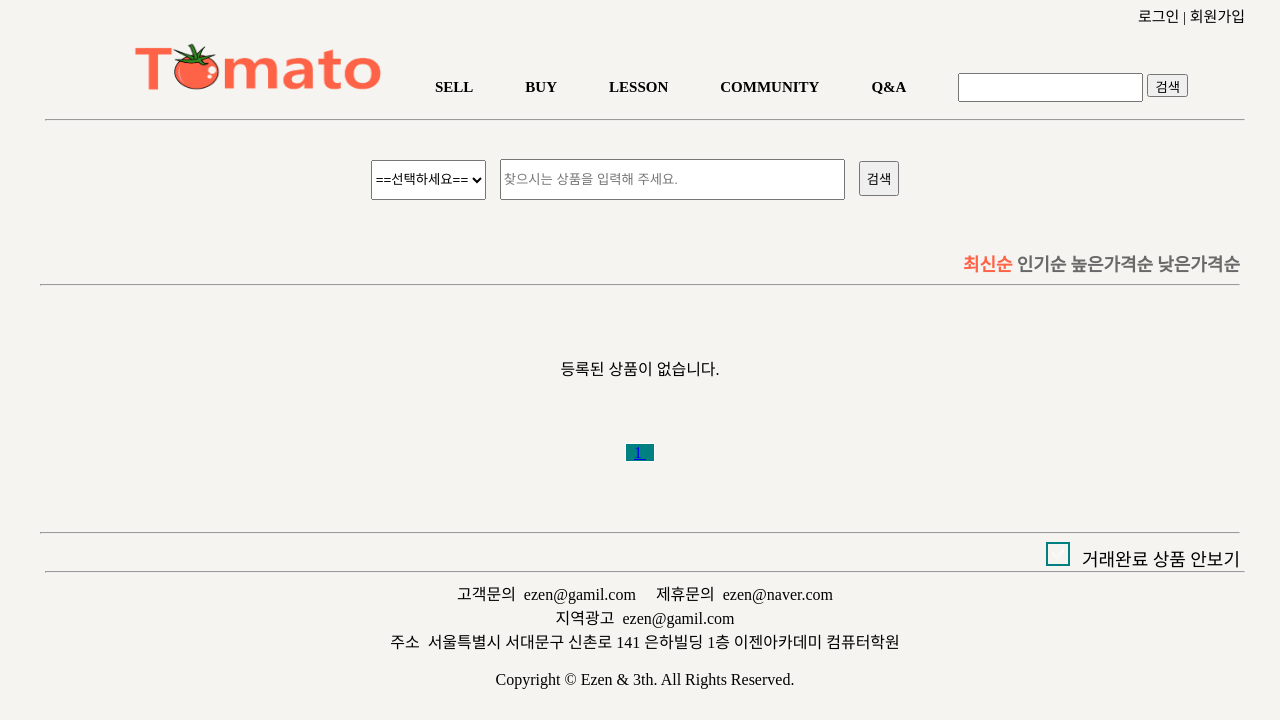
Repository: javadogfoot/semi-project
Page: http://localhost/tomato/buy/buyList.jsp?col=s_idx&range=desc
An editor plug-in stored every save of this project. The page is shown before and after the next save, followed by the edit.
The browser window is 1280 px wide. The pictures show the whole page.
The page is served by Tomcat 9. Other server files are loaded and not shown. Queries for data that is not in the repository find no rows.

Above is the page before, as saved 2021-10-18 12:03:50.

### semi프로젝트워크스페이스/tomato/src/main/webapp/buy/buyList.jsp
<%@ page language="java" contentType="text/html; charset=UTF-8"
    pageEncoding="UTF-8"%>
<%
request.setCharacterEncoding("UTF-8");
%>
<%@ page import="tomato.member.*" %>
<%@ page import="tomato.sell.*" %>
<%@ page import="java.util.*" %>
<jsp:useBean id="mdao" class="tomato.member.MemberDAO" scope="session"></jsp:useBean>
<jsp:useBean id="sdao" class="tomato.sell.SellDAO" scope="session"></jsp:useBean>
<!DOCTYPE html>
<html>
<head>
<meta charset="UTF-8">
<title>Insert title here</title>
<link rel="stylesheet" type="text/css" href="/tomato/css/mainLayout.css">
<script>
function moveSellingPage(){
	location.href='/tomato/buy/buyList_selling.jsp?col=s_idx&range=desc';
}
function moveSearch(){
	var form=document.sellSearch;
	if(form.s_cate.value==""||form.s_cate==null){
		alert('품목을 선택해주세요.');
		form.s_cate.focus();
		return false;
	}
	if(form.searchValue.value==""||form.searchValue==null){
		alert('검색어를 입력해주세요.');
		form.searchValue.focus();
		return false;
	}
	form.submit();
}
</script>
<style>
.searchBar{
	padding-top: 30px;
	text-align: center;
	padding-bottom: 50px;
}
.searchBar input{
	height: 35px;
	margin-right: 10px;
}
#selectBox{
	height: 40px;
	margin-right: 10px;
}
#sort{
	text-align: right;
}
#sort a{
	font-size: 18px;
	text-decoration: none;
}
.clickedSort{
	color: tomato;
	font-size: 18px;
	font-weight:bold;
}
.unclickedSort{
	color: dimgray;;
	font-size: 18px;
	font-weight:bold;
}
table{
	width: 1000px;
	margin: 0px auto;
	padding: 30px;
}
table td{
	text-align: center;
	padding: 30px;
}
.sname{
	font-weight: bold;
	color: tomato;
}
.clicked{
	border: 0.5px solid white;
	background-color:teal;
	text-align: center;
}
</style>
</head>
<body>
<%@include file="/header.jsp" %>
<%
m_id=(String)session.getAttribute("m_id");
String addr;
if(m_id==null){
	addr="강남구";
}else{
	addr=mdao.findAddr(m_id);
}

String cp_s=request.getParameter("cp");
if(cp_s==null||cp_s.equals("")){
	cp_s="1";
}
int cp=Integer.parseInt(cp_s);

int totalCnt;
if(m_id==null){
	totalCnt=sdao.getTotalCnt(addr);
}else if(m_id.equals("admin")){
	totalCnt=sdao.getAdminTotalCnt();
}else{
	totalCnt=sdao.getTotalCnt(addr);
}
int listSize=16;
int pageSize=10;

int totalPage=totalCnt/listSize+1;
if(totalCnt%listSize==0)totalPage--;

int userGroup=cp/pageSize;
if(cp%pageSize==0)userGroup--;

String col=request.getParameter("col");
String range=request.getParameter("range");
%>
<section>
	<article>
		<form name="sellSearch" method="post" action="searchedBuyList.jsp" accept-charset="utf-8">
		<div class="searchBar">
		<input type="hidden" name="col" value="s_idx">
		<input type="hidden" name="range" value="desc">
		<select name="s_cate" id="selectBox">
			<option value="" selected disabled hidden>==선택하세요==</option>
            <option value="디지털기기">디지털기기</option>
            <option value="생활가전">생활가전</option>
            <option value="가구/인테리어">가구/인테리어</option>
            <option value="유아동">유아동</option>
            <option value="생활/가공식품">생활/가공식품</option>
            <option value="유아도서">유아도서</option>
            <option value="스포츠/레져">스포츠/레저</option>
            <option value="여성잡화">여성잡화</option>
            <option value="여성의류">여성의류</option>
            <option value="남성패션/잡화">남성패션/잡화</option>
            <option value="게임/취미">게임/취미</option>
            <option value="뷰티/미용">뷰티/미용</option>
            <option value="반려동물용품">반려동물용품</option>
            <option value="도서/티켓/음반">도서/티켓/음반</option>
            <option value="식물">식물</option>
            <option value="기타중고물품">기타중고물품</option>
		</select>
		<input type="text" name="searchValue" size="40" placeholder="찾으시는 상품을 입력해 주세요.">
		<input type="button" value="검색" onclick="moveSearch();">
		</div>
		</form>
	</article>
	<article id="sort">
	<%
	String newSort=col.equals("s_idx")&&range.equals("desc")?"clickedSort":"unclickedSort";
	String populSort=col.equals("s_count")&&range.equals("desc")?"clickedSort":"unclickedSort";
	String hPriceSort=col.equals("s_price")&&range.equals("desc")?"clickedSort":"unclickedSort";
	String lPriceSort=col.equals("s_price")&&range.equals("asc")?"clickedSort":"unclickedSort";
	%>
		<a href="/tomato/buy/buyList.jsp?col=s_idx&range=desc" class="<%=newSort%>">최신순</a>
		<a href="/tomato/buy/buyList.jsp?col=s_count&range=desc" class="<%=populSort%>">인기순</a>
		<a href="/tomato/buy/buyList.jsp?col=s_price&range=desc" class="<%=hPriceSort%>">높은가격순</a>
		<a href="/tomato/buy/buyList.jsp?col=s_price&range=asc" class="<%=lPriceSort%>">낮은가격순</a>
	</article>
<hr>
</section>
<section>
	<article>
		<table>
		<tbody>
			<%
			ArrayList<SellDTO> arr;
			if(m_id==null){
				arr=sdao.SellList(cp, listSize, addr, col, range);
			}else if(m_id.equals("admin")){
				arr=sdao.adminSellList(cp, listSize, col, range);
			}else{
				arr=sdao.SellList(cp, listSize, addr, col, range);
			}
			if(arr==null|| arr.size()==0){
				%>
				<tr>
					<td colspan="4" align="center">
					등록된 상품이 없습니다.
					</td>
				</tr>
				<tr>
				<%
			}else{
				for(int i=0;i<arr.size();i++){
					if(i%4==0&&i!=arr.size()-1){
						out.println("<tr>");
					}
					%>
					<td>
					<a href="buyContent.jsp?s_idx=<%=arr.get(i).getS_idx() %>">
					<%
					boolean getComma=arr.get(i).getS_port().contains(",");
					String sellY_N="[거래중] ";
					if(arr.get(i).getS_sellok()==1){
						sellY_N="[거래완료] ";
					}
					if(getComma){
						int commaPosition=arr.get(i).getS_port().indexOf(",");
						%>
						<img src="<%=arr.get(i).getS_port().substring(0,commaPosition) %>" height="240" width="240" class="simg">
						<%
					}else{
						%>
						<img src="<%=arr.get(i).getS_port() %>" height="240" width="240" class="simg">
						<%
					}
					%>
					<br/><label class="sname"><%=sellY_N %><%=arr.get(i).getS_name() %></label>
					<br/><label><%=arr.get(i).getS_price() %></label>
					</a></td>
					<%
					if(i%4==3&&i!=arr.size()-1){
						out.println("</tr>");
					}
				}
			}
			%>
			</tr>
			</tbody>
			<tfoot>
				<tr>
					<td colspan="4" align="center">
					<%
					if(userGroup!=0){
						%>
						<a href="buyList.jsp?cp=1col=<%=col%>&range=<%=range%>">%lt;&lt;</a>
						<a href="buyList.jsp?cp=<%=(userGroup-1)*pageSize+pageSize %>col=<%=col%>&range=<%=range%>">&lt;</a>
						<%
					}
					%>
					<%
					for(int i=userGroup*pageSize+1;i<userGroup*pageSize+pageSize;i++){
						String clickedPage=cp==i?"clicked":"unclicked";
						%><label class="<%=clickedPage%>">
						&nbsp;&nbsp;<a href="buyList.jsp?cp=<%=i %>&col=<%=col%>&range=<%=range%>"><%=i %>
						</a>&nbsp;&nbsp;</label>
						<%
						if(i==totalPage){
							break;
						}
					}
					%>
					<%
					if(userGroup!=(totalPage/pageSize)-(totalPage%pageSize==0?1:0)){
						%>
						<a href="buyList.jsp?cp=<%=(userGroup+1)*pageSize+1 %>col=<%=col%>&range=<%=range%>">&gt;</a>
						<a href="buyList.jsp?cp=<%=totalPage %>col=<%=col%>&range=<%=range%>">&gt;&gt;</a>
						<%
					}
					%>
					</td>
				</tr>
			</tfoot>
		</table>
	</article>
</section>
<hr>
<div style="float: right;">
	<img src="/tomato/img/noncheck.png" style="height:20px;width:20px;border:2px solid teal;" onclick="moveSellingPage();">
	&nbsp;
	<label style="font-size:18px;text-align: top;">거래완료 상품 안보기</label>
</div>
<%@include file="/footer.jsp" %>
</body>
</html>

### semi프로젝트워크스페이스/tomato/src/main/webapp/header.jsp
<%@ page language="java" contentType="text/html; charset=UTF-8"
    pageEncoding="UTF-8"%>
<!DOCTYPE html>
<html>
<head>
<meta charset="UTF-8">
<title>Insert title here</title>
<style>

#joinbtn2{
   background-color: white;
   color: tomato;
   font-weight: bold;
   height:23px;
   border: none;
   margin:2px;
   border: 2px solid tomato;
}
#joinbtn2:hover{
   background-color: tomato;
   color: white;
   font-weight: bold;
   height:23px;
   border: none;
   margin:2px;
   border: 2px solid tomato;
}
</style>
</head>
<body>
<header>
<%
String m_id=(String)session.getAttribute("m_id");
String m_name=(String)session.getAttribute("m_name");
if(m_id==null){
   %>
   <div>
   <a href="/tomato/member/login.jsp">로그인</a> | <a href="/tomato/member/join.jsp">회원가입</a>
   </div>
   <%
}else{
      %>
   <div>
   <%
   if(m_id.equals("admin")){
      %>
      <a href="/tomato/admin/memberList_admin.jsp"><%=m_name %>님 마이페이지</a> |
      <%
   }else{
      %>
      <a href="/tomato/member/mypage.jsp"><%=m_name %>님 마이페이지</a> |
      <%
   }
   %>
   <a href="/tomato/member/logout.jsp">로그아웃</a>
   </div>
   <%
}
%>
<nav>
<ul>
   <li><h1><a href="/tomato/index.jsp"><img src="/tomato/img/토마토_메인로고.png" alt="메인로고" height="50px" width="250px"></a></h1></li>
   <li><h2><a href="/tomato/sell/sell.jsp">SELL</a></h2></li>
   <li><h2><a href="/tomato/buy/buyList.jsp?col=s_idx&range=desc">BUY</a></h2></li>
   <li><h2><a href="/tomato/lesson/lessonList.jsp">LESSON</a></h2></li>
   <li><h2><a href="/tomato/community/community.jsp">COMMUNITY</a></h2></li>
   <li><h2><a href="/tomato/qna/qnaList.jsp">Q&A</a></h2></li>
   <li>
		<form name="headerSearch" action="/tomato/buy/headerBuySearch.jsp" style="display: inline;">
			<input type="text" name="searchValue">
			<input type="submit" value="검색">
		</form>
	</li>
</ul>
</nav>
<hr/>
</header>
</body>
</html>

### semi프로젝트워크스페이스/tomato/src/main/webapp/footer.jsp
<%@ page language="java" contentType="text/html; charset=UTF-8"
    pageEncoding="UTF-8"%>
<!DOCTYPE html>
<html>
<head>
<meta charset="UTF-8">
<title>Insert title here</title>
</head>
<body>
<footer>
<hr/>
<div>
고객문의&nbsp;&nbsp;ezen@gamil.com &nbsp;&nbsp;&nbsp;&nbsp;제휴문의&nbsp;&nbsp;ezen@naver.com
<br/>
지역광고&nbsp;&nbsp;ezen@gamil.com
<br/>
주소&nbsp;&nbsp;서울특별시 서대문구 신촌로 141 은하빌딩 1층 이젠아카데미 컴퓨터학원
</div>
<br/>
<div>Copyright &copy; Ezen & 3th. All Rights Reserved.</div>
</footer>
</body>
</html>

### semi프로젝트워크스페이스/tomato/src/main/java/tomato/member/MemberDAO.java
package tomato.member;

import java.sql.*;
import java.util.*;
import javax.naming.*;
import javax.sql.*;

public class MemberDAO {

	private Connection conn;
	private PreparedStatement ps;
	private ResultSet rs;

	public static final int NOT_ID=1;
	public static final int NOT_PWD=2;
	public static final int LOGIN_OK=3;
	public static final int ERROR=-1;

	public MemberDAO() {

	}
	public Boolean idCheck(String userid) {
		try {
			conn=tomato.db.TomatoDB.getConn();
			String sql="select * from tomato_member where m_id=?";
			ps=conn.prepareStatement(sql);
			ps.setString(1, userid);
			rs=ps.executeQuery();
			boolean result=rs.next();
			return result;
		}catch(Exception e) {
			e.printStackTrace();
			return false;
		}finally {
			try {
				if(rs!=null)rs.close();
				if(ps!=null)ps.close();
				if(conn!=null)conn.close();
			}catch(Exception e2) {

			}
		}
	}

	/**회원 등록 관련 메서드*/
	public int memberJoin(MemberDTO dto) {
		try {
			conn=tomato.db.TomatoDB.getConn();
			String sql="insert into tomato_member values(tomato_member_m_idx.nextval,?,?,?,?,?,?,?,?,?,?,?,sysdate,0)";
			ps=conn.prepareStatement(sql);
			ps.setString(1, dto.getM_id());
			ps.setString(2, dto.getM_pwd());
			ps.setString(3, dto.getM_name());
			ps.setString(4, dto.getM_email());
			ps.setString(5, dto.getM_addr());
			ps.setString(6, dto.getM_tel());
			ps.setString(7, dto.getM_birth());
			ps.setInt(8, dto.getM_smsok());
			ps.setInt(9, dto.getM_emailok());
			ps.setString(10, dto.getM_ask());
			ps.setString(11, dto.getM_answer());
			int count=ps.executeUpdate();
			return count;
		}catch(Exception e) {
			e.printStackTrace();
			return ERROR;
		}finally {
			try {
				if(ps!=null)ps.close();
				if(conn!=null)conn.close();
			}catch(Exception e2) {

			}
		}
	}
	 /**로그인 검증 관련 메서드*/
	  public int loginCheck(String userid, String userpwd) {
	     try {
	        conn=tomato.db.TomatoDB.getConn();
	        String sql="select m_pwd from tomato_member where m_id=?";
	        ps=conn.prepareStatement(sql);
	        ps.setString(1, userid);
	        rs=ps.executeQuery();
	        if(rs.next()) {
	           String dbpwd=rs.getString(1);
	           if(dbpwd.equals(userpwd)) {
	              return LOGIN_OK;
	           }else {
	              return NOT_PWD;
	           }
	        }else {
	           return NOT_ID;
	        }
	     } catch (Exception e) {
	        e.printStackTrace();
	        return ERROR;
	     }finally {
	        try {
	           if(rs!=null)rs.close();
	           if(ps!=null)ps.close();
	           if(conn!=null)conn.close();
	        } catch (Exception e2) {
	       }
	    }
	  }
	  public String getUserInfo(String userid) {
	      try {

	         conn=tomato.db.TomatoDB.getConn();

	         String sql="select m_name from tomato_member where m_id=?";
	         ps=conn.prepareStatement(sql);
	         ps.setString(1, userid);
	         rs=ps.executeQuery();
	         rs.next();
	         return rs.getString(1);
	      } catch (Exception e) {
	         e.printStackTrace();
	         return null;
	      }finally {
	         try {
	            if(rs!=null)rs.close();
	            if(ps!=null)ps.close();
	            if(conn!=null)conn.close();
	         } catch (Exception e2) {

	         }
	      }
	   }

   public String findIdCheck(String username, String useremail) {
      try {
	        conn=tomato.db.TomatoDB.getConn();
	        String sql="select m_id from tomato_member where m_name=? and m_email=?";
	        ps=conn.prepareStatement(sql);
	        ps.setString(1, username);
	        ps.setString(2, useremail);
	        rs=ps.executeQuery();
	        String result=null;
	        if(rs.next()) {
	        	result=rs.getString(1);
	        }
	        return result;
	     } catch (Exception e) {
	        e.printStackTrace();
	        return null;
	     }finally {
	        try {
	           if(rs!=null)rs.close();
	           if(ps!=null)ps.close();
	           if(conn!=null)conn.close();
	        } catch (Exception e2) {
	        }
	    }
	}
   public String findPwdCheck(String username, String useremail, String useranswer) {
	   try {
		   conn=tomato.db.TomatoDB.getConn();
		   String sql="select m_pwd from tomato_member where m_name=? and m_email=? and m_answer=?";
		   ps=conn.prepareStatement(sql);
		   ps.setString(1, username);
		   ps.setString(2, useremail);
		   ps.setString(3, useranswer);
		   rs=ps.executeQuery();
		   String result=null;
		   if(rs.next()) {
			   result=rs.getString(1);
		   }
		   return result;
	   }catch(Exception e) {
		   e.printStackTrace();
		   return null;
	   }finally {
		   try {
			   if(rs!=null)rs.close();
			   if(ps!=null)ps.close();
			   if(conn!=null)conn.close();
		   }catch(Exception e2) {

		   }
	   }
   }
   public int selectMidx(String userid) {
	   try {
		   conn=tomato.db.TomatoDB.getConn();
		   String sql="select m_idx from tomato_member where m_id=?";
		   ps=conn.prepareStatement(sql);
		   ps.setString(1, userid);
		   rs=ps.executeQuery();
		   int idx=0;
		   if(rs.next()) {
			   idx=rs.getInt(1);
		   }
		   return idx;
	   }catch(Exception e) {
		   return -1;
	   }finally {
		   try {
			   if(rs!=null)rs.close();
			   if(ps!=null)ps.close();
			   if(conn!=null)conn.close();
		   }catch(Exception e2) {

		   }
	   }
   }
   public String findAddr(String id) {
	   try {
		   conn=tomato.db.TomatoDB.getConn();
		   String sql="select * from tomato_member where m_id=?";
		   ps=conn.prepareStatement(sql);
		   ps.setString(1, id);
		   rs=ps.executeQuery();
		   String result=null;
		   if(rs.next()) {
			   result=rs.getString("m_addr");
		   }
		   return result;
	   }catch(Exception e) {
		   e.printStackTrace();
		   return null;
	   }finally {
		   try {
			   if(rs!=null)rs.close();
			   if(ps!=null)ps.close();
			   if(conn!=null)ps.close();
		   }catch(Exception e2) {

		   }
	   }
   }
   /**회원검색 관련 메서드*/
   public ArrayList<MemberDTO> keywordFind(String fkey){
      try {

         conn=tomato.db.TomatoDB.getConn();
         String sql="select  m_idx,m_id,m_name,m_email,m_addr,m_tel,m_birth,m_joindate from tomato_member where m_name=?";
         ps=conn.prepareStatement(sql);
         ps.setString(1, fkey);
         rs=ps.executeQuery();

         ArrayList<MemberDTO> arr=new ArrayList<MemberDTO>();

            while(rs.next()){
            int m_idx=rs.getInt("m_idx");
            String m_id=rs.getString("m_id");
            String m_name=rs.getString("m_name");
            String m_email=rs.getString("m_email");
            String m_addr=rs.getString("m_addr");
            String m_tel=rs.getString("m_tel");
            String m_birth=rs.getString("m_birth");
            java.sql.Date m_joindate=rs.getDate("m_joindate");

           MemberDTO dtos= new MemberDTO(m_idx, m_id, m_name, m_email, m_addr, m_tel, m_birth, m_joindate);
           arr.add(dtos);
               }

         return arr;
      }catch(Exception e) {
         e.printStackTrace();
         return null;
      }finally {
         try {
            if(rs!=null)rs.close();
            if(ps!=null)ps.close();
            if(conn!=null)conn.close();
         }catch(Exception e2) {}
      }
   }

   /**모든 회원 내역 관련 메서드*/
   public ArrayList<MemberDTO> MemberListAll(){
      try{

         conn=tomato.db.TomatoDB.getConn();
         String sql="select m_idx,m_id,m_name,m_email,m_addr,m_tel,m_birth,m_joindate from tomato_member order by m_idx desc";
         ps=conn.prepareStatement(sql);
         rs=ps.executeQuery();
         ArrayList<MemberDTO> arr=new ArrayList<MemberDTO>();
         while(rs.next()){
            int m_idx=rs.getInt("m_idx");
            String m_id=rs.getString("m_id");
            String m_name=rs.getString("m_name");
            String m_email=rs.getString("m_email");
            String m_addr=rs.getString("m_addr");
            String m_tel=rs.getString("m_tel");
            String m_birth=rs.getString("m_birth");
            java.sql.Date m_joindate=rs.getDate("m_joindate");

            MemberDTO dto= new MemberDTO(m_idx, m_id, m_name, m_email, m_addr, m_tel, m_birth, m_joindate);
            arr.add(dto);
         }
               return arr;
      }catch(Exception e) {
      e.printStackTrace();
      return null;
      }finally {
         try {
            if(rs!=null)rs.close();
            if(ps!=null)ps.close();
            if(conn!=null)conn.close();
         }catch(Exception e2) {}
      }
   }

      /**회원정보 조회 관련 메서드*/
      public MemberDTO memberView(String sessionID ){
         try {

         conn=tomato.db.TomatoDB.getConn();

         String sql="select * from tomato_member where m_id=? ";
         ps=conn.prepareStatement(sql);
      ps.setString(1,sessionID );

      rs=ps.executeQuery();

      MemberDTO dto=null;

      while(rs.next()){
            int m_idx=rs.getInt("m_idx");
            String m_id=rs.getString("m_id");
            String m_name=rs.getString("m_name");
            String m_email=rs.getString("m_email");
            String m_addr=rs.getString("m_addr");
            String m_tel=rs.getString("m_tel");
            String m_birth=rs.getString("m_birth");
            java.sql.Date m_joindate=rs.getDate("m_joindate");

            dto= new MemberDTO(m_idx, m_id, m_name, m_email, m_addr, m_tel, m_birth, m_joindate);
               }
            return dto;

      } catch (Exception e) {
         e.printStackTrace();
         return null;
      }finally {
         try {
            if(rs!=null)rs.close();
            if(ps!=null)ps.close();
            if(conn!=null)conn.close();
         }catch(Exception e2) {}
         }
      }

      /**회원 정보 수정 관련 메서드*/

      public int memberUpdate(MemberDTO dto){
         try {

            conn=tomato.db.TomatoDB.getConn();
            String sql = "update tomato_member set m_pwd=?,m_name=?, m_email=?, m_addr=?, m_tel=? "
               + "where m_id=?";

            ps=conn.prepareStatement(sql);
            ps.setString(1, dto.getM_pwd());
            ps.setString(2, dto.getM_name());
            ps.setString(3, dto.getM_email());
            ps.setString(4, dto.getM_addr());
            ps.setString(5, dto.getM_tel());
            ps.setString(6, dto.getM_id());

            int result=ps.executeUpdate();

            return result;

         } catch (Exception e) {
             e.printStackTrace();
             return -1;
         } finally {
            try {
               if(ps!=null)ps.close();
               if(conn!=null)conn.close();
            } catch (Exception e2) {

            }
         }
      }

      /**회원탈퇴 관련 메서드*/
      public int memberDelete(String m_id) {
            try {
            conn=tomato.db.TomatoDB.getConn();
            String sql="delete from tomato_member where m_id=?";
            ps=conn.prepareStatement(sql);
            ps.setString(1, m_id);
            int count=ps.executeUpdate();

            return count;

         } catch (Exception e) {
            // TODO: handle exception
            e.printStackTrace();
            return -1;
         }finally {
            try {
               if(ps!=null)ps.close();
               if(conn!=null)conn.close();
            } catch (Exception e) {
               // TODO: handle exception
            }
         }
      }
}

### semi프로젝트워크스페이스/tomato/src/main/java/tomato/db/TomatoDB.java
package tomato.db;

import java.sql.*;
import javax.sql.*;
import javax.naming.*;

public class TomatoDB {

	static DataSource ds;

	static{
		try {
		Context initContext = new InitialContext();
		Context envContext  = (Context)initContext.lookup("java:/comp/env");
		ds = (DataSource)envContext.lookup("jdbc/myoracle");
		}catch(Exception e) {
			e.printStackTrace();
		}
	}

	public static Connection getConn() throws Exception{
		return ds.getConnection();
	}
}

### semi프로젝트워크스페이스/tomato/src/main/webapp/css/mainLayout.css
@charset "UTF-8";
body{
   background-color: #f5f4f0;
   margin: 5px auto;
   width: 1200px;
}
header{
   width: 1200px;
   margin: 5px;
}
header div{
   text-align: right;
   font-size: 15px;
}
header div a{
   color: black;
   text-decoration: none;
}
header div a:hover{
   color: black;
   text-decoration: underline;
}
h1{
   font-size: 45px;
   color: tomato;
   display: inline;
}
h1 a{
   text-decoration: none;
   color: tomato;
}
h2{
   color: black;
   display: inline;
   font-size: 15px;
}
h2 a{
   text-decoration: none;
   color: black;
}
header nav li{
   list-style-type: none;
   display: inline;
   color: black;
   margin-left: 48px;
}
header input{

   height: 23px;
}
section{
   width: 1200px;
}
footer{
   width: 1200px;
   clear: both;
   margin: 5px;
   text-align: center;
}

Loaded but not shown: semi프로젝트워크스페이스/tomato/src/main/java/tomato/sell/SellDAO.java (869 lines, source omitted)

After the next save:
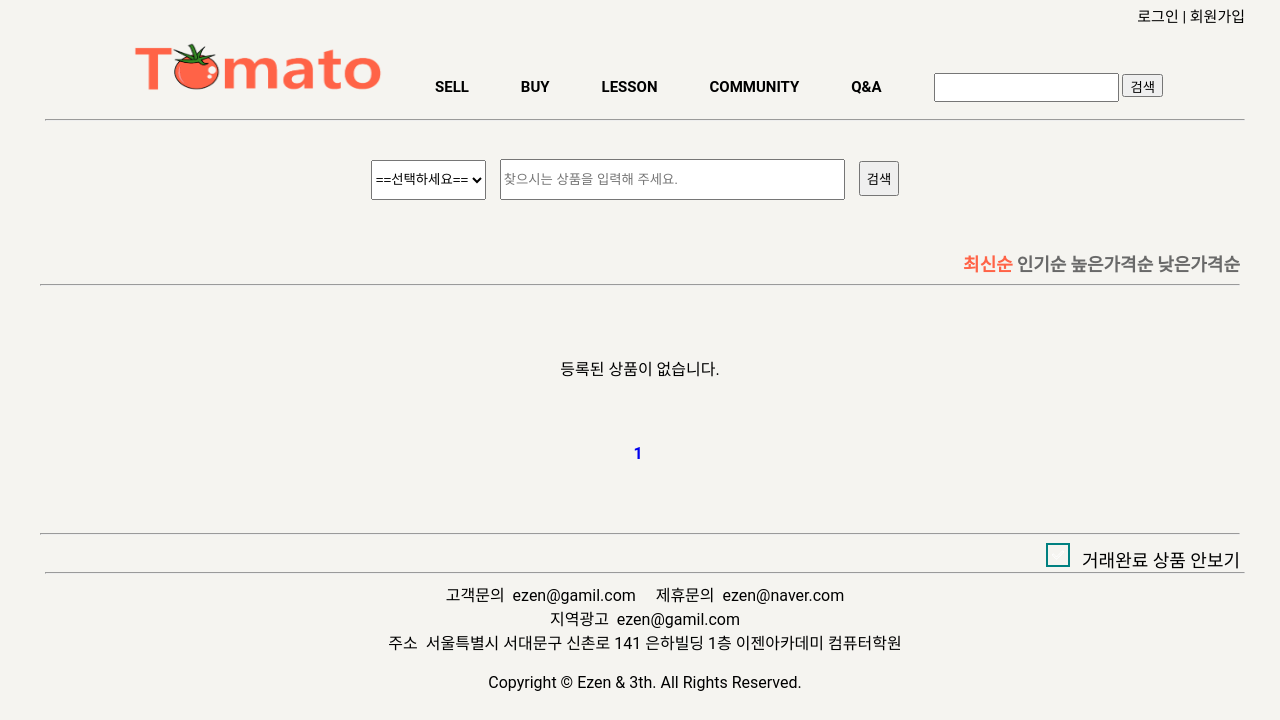
Saved 84 s later.
--- a/semi프로젝트워크스페이스/tomato/src/main/webapp/buy/buyList.jsp
+++ b/semi프로젝트워크스페이스/tomato/src/main/webapp/buy/buyList.jsp
@@ -34,53 +34,71 @@ function moveSearch(){
 }
 </script>
 <style>
+body {
+   background: #f5f4f0;
+   font-family: 'Roboto';
+}
+
+table{
+   width: 1000px;
+   margin: 0px auto;
+   padding: 30px;
+}
+
+table td{
+   text-align: center;
+   padding: 30px;
+}
+
+a {
+   text-decoration:none
+}
+
 .searchBar{
-	padding-top: 30px;
-	text-align: center;
-	padding-bottom: 50px;
-}
+   padding-top: 30px;
+   text-align: center;
+   padding-bottom: 50px;
+}
+
 .searchBar input{
-	height: 35px;
-	margin-right: 10px;
-}
+   height: 35px;
+   margin-right: 10px;
+}
+
 #selectBox{
-	height: 40px;
-	margin-right: 10px;
-}
+   height: 40px;
+   margin-right: 10px;
+}
+
 #sort{
-	text-align: right;
-}
+   text-align: right;
+}
+
 #sort a{
-	font-size: 18px;
-	text-decoration: none;
-}
+   font-size: 18px;
+   text-decoration: none;
+}
+
 .clickedSort{
-	color: tomato;
-	font-size: 18px;
-	font-weight:bold;
-}
+   color: tomato;
+   font-size: 18px;
+   font-weight:bold;
+}
+
 .unclickedSort{
-	color: dimgray;;
-	font-size: 18px;
-	font-weight:bold;
-}
-table{
-	width: 1000px;
-	margin: 0px auto;
-	padding: 30px;
-}
-table td{
-	text-align: center;
-	padding: 30px;
-}
+   color: dimgray;
+   font-size: 18px;
+   font-weight:bold;
+}
+
 .sname{
-	font-weight: bold;
-	color: tomato;
-}
+   font-weight: bold;
+   color: tomato;
+}
+
 .clicked{
-	border: 0.5px solid white;
-	background-color:teal;
-	text-align: center;
+   font-weight: bold;
+   text-align: center;
 }
 </style>
 </head>
